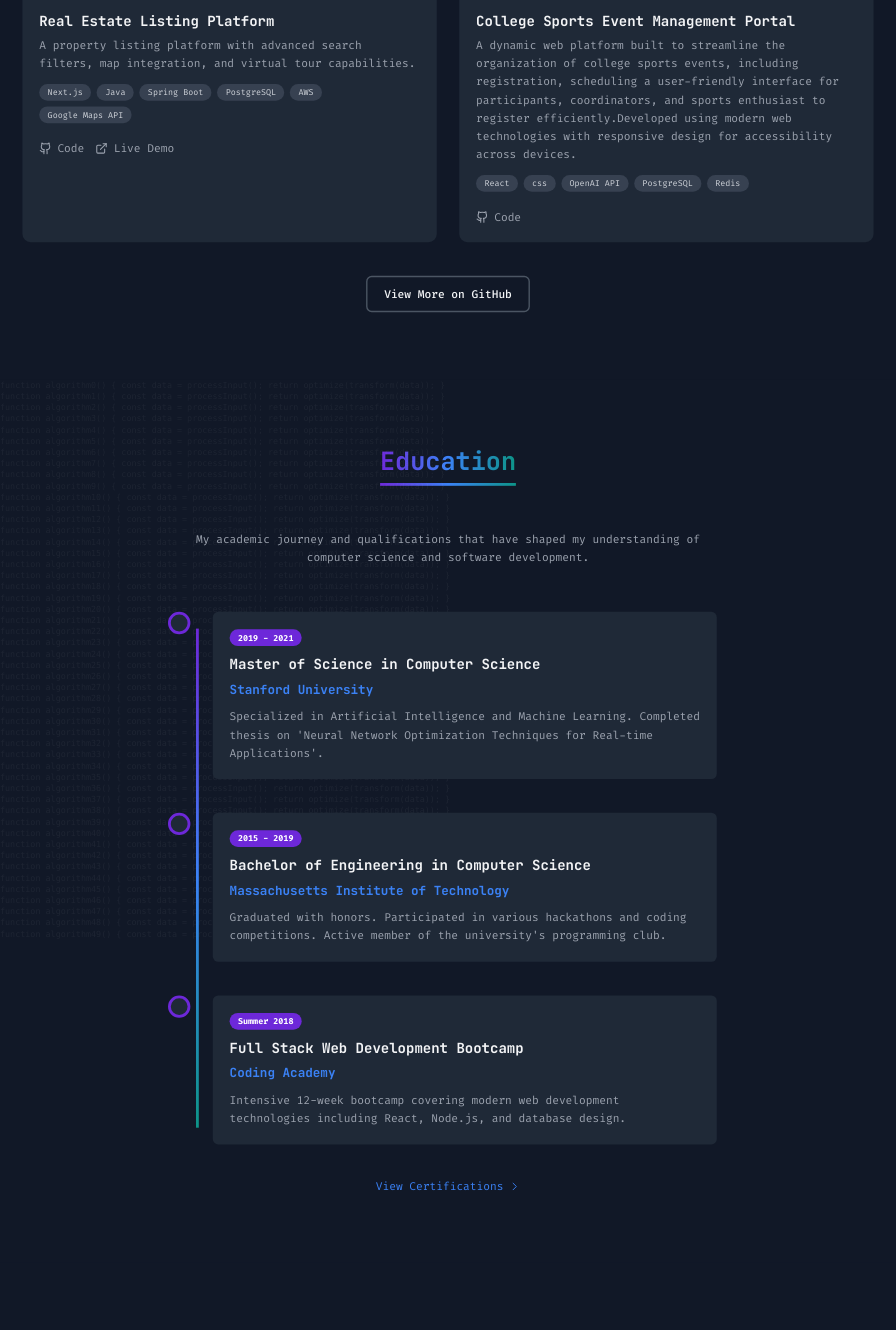
Repository: Saquib45/portfolio
Page: /
An editor plug-in stored every save of this project. The page is shown before and after a run of saves, followed by the edit.
The browser window is 1280 px wide. The pictures show the part of the page from y = 3520 to 5420 px (the page is 7712 px tall), at 70% of full size.
The project was rebuilt for these pictures with package versions that can differ from the ones it lists, and the page was loaded fresh each time. Also part of the build but not shown: vite.config.ts.

Above is the page before, as saved 2025-04-23 21:36:35.

After the next 3 saves:
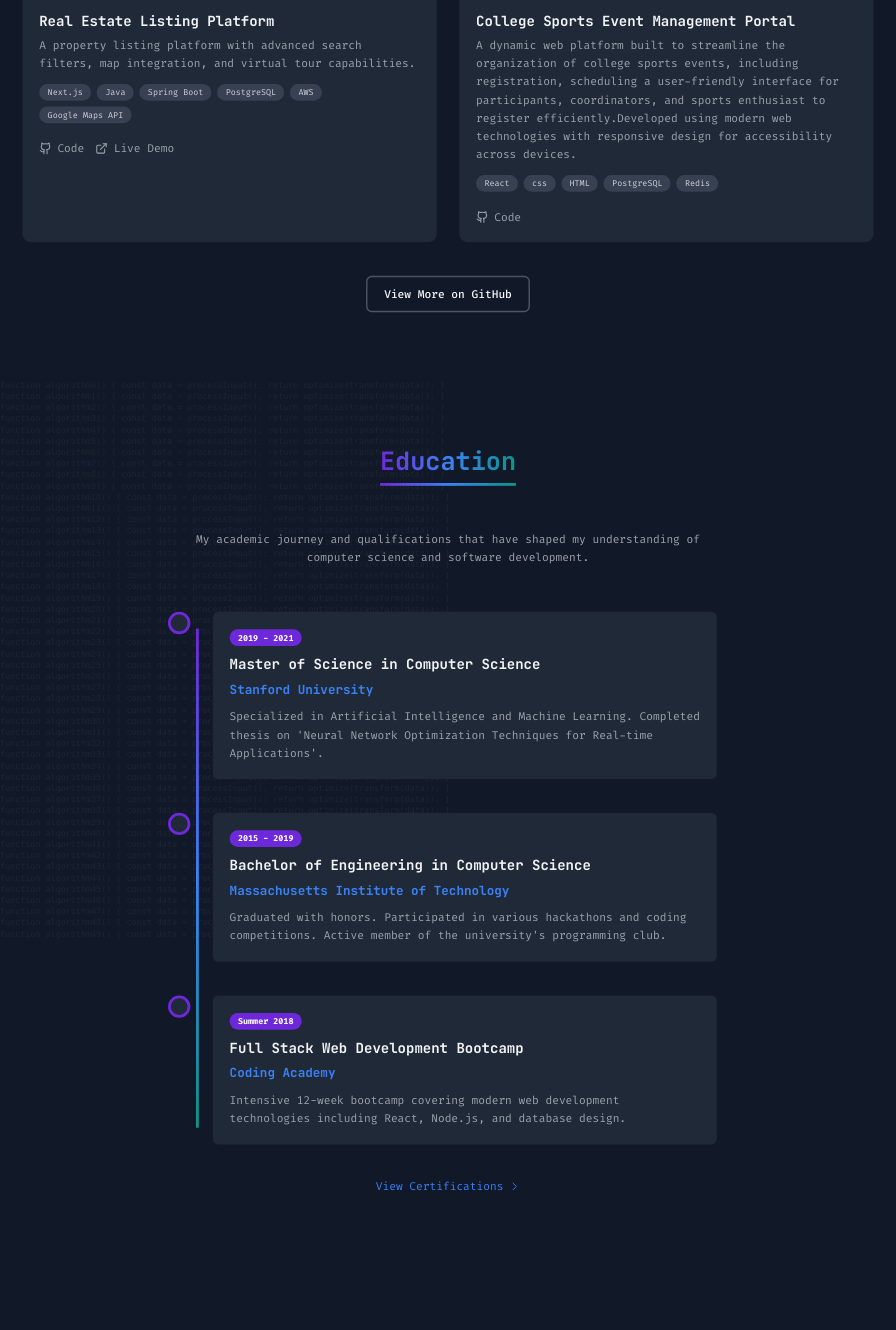
The 3 saves are shown as one change because they came seconds apart.
The last was saved 10 s later.
--- a/src/components/Projects.tsx
+++ b/src/components/Projects.tsx
@@ -71,7 +71,7 @@ const Projects: React.FC = () => {
       title: "College Sports Event Management Portal",
       description: "A dynamic web platform built to streamline the organization of college sports events, including registration, scheduling a user-friendly interface for participants, coordinators, and sports enthusiast to register efficiently.Developed using modern web technologies with responsive design for accessibility across devices.",
       image: "https://images.pexels.com/photos/5380642/pexels-photo-5380642.jpeg?auto=compress&cs=tinysrgb&w=1260&h=750&dpr=2",
-      technologies: ["React", "css", "OpenAI API", "PostgreSQL", "Redis"],
+      technologies: ["React", "css", "HTML", "PostgreSQL", "Redis"],
       githubUrl: "https://github.com",
     },
   ];
